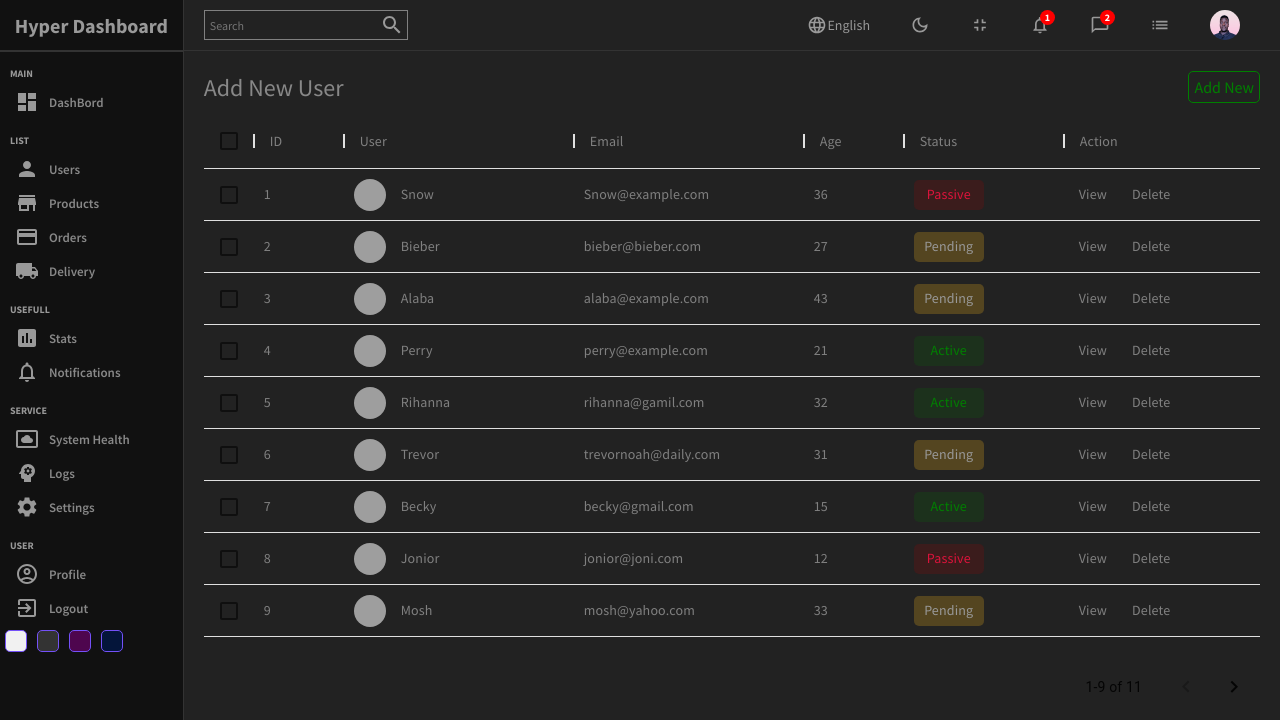
Repository: kenyi-mic/DashBoard
Page: /users
These files come from the project's save history. The page is drawn as it stood at one moment and after the next save; the edit follows.
The browser window is 1280 px wide. The pictures show the whole page.
Pictures or frames that could not be fetched are drawn as grey boxes. The project was rebuilt for these pictures with package versions that can differ from the ones it lists, and the page was loaded fresh each time. Also part of the build but not shown: src/pages/home/home.scss, src/pages/home/Home.jsx, src/pages/single/single.scss, src/components/chart/chart.scss, src/components/chart/Chart.jsx, src/components/table/table.scss, src/components/table/BasicTable.jsx, src/pages/single/Single.jsx and 3 more.

Above is the page before, as saved 2022-05-25 09:01:04.

### public/index.html
<!DOCTYPE html>
<html lang="en">

<head>
  <meta charset="utf-8" />
  <meta name="viewport" content="width=device-width, initial-scale=1" />
  <meta name="theme-color" content="#000000" />
  <meta name="description" content="Web site created using create-react-app" />
  <link rel="preconnect" href="https://fonts.googleapis.com">
  <link rel="preconnect" href="https://fonts.gstatic.com" crossorigin>
  <link
    href="https://fonts.googleapis.com/css2?family=Nunito:wght@200;300;400;500;600;700;800;900&family=Source+Sans+Pro:wght@200;300;400;600;700;900&display=swap"
    rel="stylesheet">
  <title>Hyper Dashboard</title>
  <style>
    * {
      margin: 0;
      font-family: 'Nunito', sans-serif;
      font-family: 'Source Sans Pro', sans-serif;
    }
  </style>
</head>

<body>
  <div id="root"></div>

</body>

</html>

### src/App.js
import { BrowserRouter, Routes, Route } from "react-router-dom";
import Home from "./pages/home/Home";
import List from "./pages/list/List";
import Single from "./pages/single/Single";
import New from "./pages/new/New";
import { Login } from "./pages/login/Login";
import { productInputs, userInputs } from "./formSource";
import "./style/dark.scss";

function App() {
  return (
    <div className="App dark">
      <BrowserRouter>
        <Routes>
          <Route path="/">
            <Route index element={<Home />} />
            <Route path="login" element={<Login />} />
            <Route path="users">
              <Route index element={<List />} />
              <Route path=":userId" element={<Single />} />
              <Route
                path="new"
                element={<New inputs={userInputs} title="Add New User" />}
              />
            </Route>
            <Route path="products">
              <Route index element={<List />} />
              <Route path=":productId" element={<Single />} />
              <Route
                path="new"
                element={<New inputs={productInputs} title="Add New Product" />}
              />
            </Route>
          </Route>
        </Routes>
      </BrowserRouter>
    </div>
  );
}

export default App;

### src/pages/list/List.jsx
import React from "react";
import Sidebar from "../../components/sidebar/Sidebar";
import Header from "../../components/Header/Header";
import "./list.scss";
import { Datatable } from "../../components/datatable/Datatable";

function List() {
  return (
    <div className="list">
      <Sidebar />
      <div className="listContainer">
        <Header />
        <Datatable />
      </div>
    </div>
  );
}

export default List;

### src/formSource.js
export const userInputs = [
  {
    id: 1,
    label: "Username",
    type: "text",
    placeholder: "Enter your username",
  },
  {
    id: 2,
    label: "Full Name",
    type: "text",
    placeholder: "Enter your fullname",
  },
  {
    id: 3,
    label: "Email",
    type: "Email",
    placeholder: "Enter your email",
  },
  {
    id: 4,
    label: "Phone",
    type: "phone",
    placeholder: "+1 012 345 678",
  },
  {
    id: 5,
    label: "Password",
    type: "password",
    placeholder: "Enter your password",
  },
  {
    id: 6,
    label: "Address",
    type: "text",
    placeholder: "Enter your address",
  },
  {
    id: 7,
    label: "Country",
    type: "text",
    placeholder: "Enter your country",
  },
];

export const productInputs = [
  {
    id: 1,
    label: "Title",
    type: "text",
    placeholder: "eg. Iphone 13 pro",
  },
  {
    id: 2,
    label: "Description",
    type: "text",
    placeholder: "Enter product description",
  },
  {
    id: 3,
    label: "Category",
    type: "number",
    placeholder: "Phones",
  },
  {
    id: 4,
    label: "Price",
    type: "text",
    placeholder: "Enter product price",
  },
  {
    id: 5,
    label: "Stock",
    type: "number",
    placeholder: 100,
  },
];

### src/style/dark.scss
.App.dark {
    background-color: #222;
    color: #ccc;

    .chartGrid {
        stroke: #8888;
    }

    .table {
        background-color: #111;

        .tableCell {
            color: gray;
        }
    }

    .header {
        color: #999;
        border-color: #333;

        .search {
            border-color: gray;
            ;

            .searchInput {
                color: gray;
            }
        }


    }

    .sidebar {
        background-color: #111 !important;
        border-color: #333;

        .top {
            .logo {
                color: #999;
            }


        }

        hr {
            border-color: #333;
        }

        .center {
            .list-group {
                li {
                    &:hover {
                        background-color: #333;
                    }

                    .icon {
                        color: #999;
                    }
                }
            }
        }



    }

    .datatable {


        .dataGrid {
            color: gray;
            border: none;

            .viewButton,
            .deleteButton {
                border: none;
                color: gray;

                &:hover {
                    color: #ccc;
                }
            }

            .cellWithStatus {
                &.Pending {
                    color: #999;
                }
            }
        }
    }

}

### src/components/Header/Header.jsx
import React from "react";
import "./header.scss";
import {
  Search,
  DarkModeOutlined,
  LanguageOutlined,
  FullscreenExitOutlined,
  ChatBubbleOutlineOutlined,
  ListOutlined,
  NotificationsNoneOutlined,
} from "@mui/icons-material";

function Header() {
  return (
    <div className="header">
      <div className="wrapper">
        <div className="search">
          <input type="text" className="searchInput" placeholder="Search" />
          <Search />
        </div>
        <div className="items">
          <div className="item">
            <LanguageOutlined className="icon" />
            English
          </div>
          <div className="item">
            <DarkModeOutlined className="icon" />
          </div>
          <div className="item">
            <FullscreenExitOutlined className="icon" />
          </div>
          <div className="item">
            <NotificationsNoneOutlined className="icon" />
            <div className="counter">1</div>
          </div>
          <div className="item">
            <ChatBubbleOutlineOutlined className="icon" />
            <div className="counter">2</div>
          </div>
          <div className="item">
            <ListOutlined className="icon" />
          </div>
          <div className="item">
            <img src="./image/mike.png" alt="" className="avatar" />
          </div>
        </div>
      </div>
    </div>
  );
}

export default Header;

### src/components/sidebar/Sidebar.jsx
import React from "react";
import "./sidebar.scss";
import {
  Dashboard,
  Person,
  Store,
  LocalShipping,
  Payment,
  InsertChart,
  NotificationsNone,
  SettingsSystemDaydream,
  Psychology,
  Settings,
  AccountCircleOutlined,
  ExitToAppOutlined,
} from "@mui/icons-material";
import { Link } from "react-router-dom";

function Sidebar() {
  return (
    <div className="sidebar">
      <div className="top">
        <Link to="/" style={{ textDecoration: "none" }}>
          <span className="logo">Hyper Dashboard</span>
        </Link>
      </div>
      <hr className="ruler" />
      <div className="center">
        <ul className="list-group">
          <p className="title">MAIN</p>
          <Link to="/" style={{ textDecoration: "none" }}>
            <li>
              <Dashboard className="icon" />
              <span>DashBord</span>
            </li>
          </Link>

          <p className="title">LIST</p>
          <Link to="/users" style={{ textDecoration: "none" }}>
            <li>
              <Person className="icon" />
              <span>Users</span>
            </li>
          </Link>
          <Link to="/products" style={{ textDecoration: "none" }}>
            <li>
              <Store className="icon" />
              <span>Products</span>
            </li>
          </Link>

          <li>
            <Payment className="icon" />
            <span>Orders</span>
          </li>
          <li>
            <LocalShipping className="icon" />
            <span>Delivery</span>
          </li>
          <p className="title">USEFULL</p>
          <li>
            <InsertChart className="icon" />
            <span>Stats</span>
          </li>
          <li>
            <NotificationsNone className="icon" />
            <span>Notifications</span>
          </li>
          <p className="title">SERVICE</p>
          <li>
            <SettingsSystemDaydream className="icon" />
            <span>System Health</span>
          </li>
          <li>
            <Psychology className="icon" />
            <span>Logs</span>
          </li>
          <li>
            <Settings className="icon" />
            <span>Settings</span>
          </li>
          <p className="title">USER</p>
          <li>
            <AccountCircleOutlined className="icon" />
            <span>Profile</span>
          </li>
          <li>
            <ExitToAppOutlined className="icon" />
            <span>Logout</span>
          </li>
        </ul>
      </div>
      <div className="bottom">
        <div className="colorOption"></div>
        <div className="colorOption"></div>
        <div className="colorOption"></div>
        <div className="colorOption"></div>
      </div>
    </div>
  );
}

export default Sidebar;

### src/pages/list/list.scss
.list{
    display: flex;
    width: 100%;
    .listContainer{
        flex:6;
    }
}

### src/components/datatable/Datatable.jsx
import { DataGrid } from "@material-ui/data-grid";
import React from "react";
import "./datatable.scss";
import { userColumns, userRows } from "../../datatableSource";
import { Link } from "react-router-dom";

export const Datatable = () => {
  const actionColumns = [
    {
      field: "action",
      headerName: "Action",
      width: "200",
      renderCell: () => {
        return (
          <div className="cellWithAction">
            <Link to="/users/view" style={{ textDecoration: "none" }}>
              <div className="viewButton">View</div>
            </Link>

            <div className="deleteButton">Delete</div>
          </div>
        );
      },
    },
  ];
  return (
    <div className="datatable">
      <div className="datatableTitle">
        Add New User
        <Link to="/users/new" className="link">
          Add New
        </Link>
      </div>
      <DataGrid
        className="dataGrid"
        rows={userRows}
        columns={userColumns.concat(actionColumns)}
        pageSize={9}
        rowsPerPageOptions={[9]}
        checkboxSelection
        disableSelectionOnClick
      />
    </div>
  );
};

### src/components/Header/header.scss
.header{
    height:50px;
    display: flex;
    justify-content: space-between;
    align-items:center;
    border-bottom: 0.5px solid rgb(230, 227, 227);
    font-size: 14px;
    color:#555;
    .wrapper{
        display:flex;
        justify-content: space-between;
        align-items:center;
        width: 100%;
        padding:20px;
        .search{
            display: flex;
            justify-content:center;
            align-items:center;
            border: 0.5px solid #ccc;
            padding: 2px 3px;
            .searchInput{
                border:none;
                outline: none;
                background-color: transparent;
                &::placeholder{
                    font-size:12px;
                }
            }
        }
        .items{
            display: flex;
            align-items: center;
            justify-content:center;
            .item{
                display: flex;
                align-items: center;
                justify-content: center;
                margin: 0px 20px;
                position: relative;
                cursor: pointer;

                .icon{
                    font-size:20px;
                }
                .avatar{
                    width: 30px;
                    height: 30px;
                    border-radius: 50%;
                }
                .counter{
                    width: 15px;
                    height: 15px;
                    background-color: red;
                    color:white;
                    border-radius: 50%;
                    display: flex;
                    font-size: 10px;
                    font-weight: bold;
                    align-items: center;
                    justify-content: center;
                    position:absolute;
                    top: -5px;
                    right: -5px;
                }
            }




        }
    }
}

### src/components/sidebar/sidebar.scss
.sidebar {
    flex: 1;
    border-right: 0.5px solid rgb(230, 227, 227);
    min-height: 100vh;
    background-color: white;

    .top {
        height: 50px;
        display: flex;
        align-items: center;
        justify-content: center;

        .logo {
            font-size: 20px;
            font-weight: bold;
            color: darkblue;
        }
    }

    hr {
        height: 0px;
        border: 0.5px solid rgb(230, 227, 227);
    }

    .center {
        padding-left: 10px;

        ul {
            list-style: none;
            margin: 0px;
            padding: 0px;

            .title {
                font-size: 10px;
                font-weight: bold;
                color: #999;
                margin-top: 15px;
                margin-bottom: 5px;
            }

            li {
                display: flex;
                align-items: center;
                padding: 5px;

                &:hover {
                    background-color: rgb(212, 212, 224);
                }

                .icon {
                    font: size 18px;
                    color: rgb(117, 67, 182)
                }

                span {
                    font-size: 13px;
                    font-weight: 600;
                    color: #888;
                    margin-left: 10px;
                }
            }
        }
    }

    .bottom {
        display: flex;

        .colorOption {
            width: 20px;
            height: 20px;
            border-radius: 5px;
            border: 1px solid #7451f8;
            cursor: pointer;
            margin: 5px;

            &:nth-child(1) {
                background-color: #f1f1f1;
            }

            &:nth-child(2) {
                background-color: #333;
            }

            &:nth-child(3) {
                background-color: #4e064e;
            }

            &:nth-child(4) {
                background-color: #04153a;
            }
        }
    }
}

### src/components/datatable/datatable.scss
.datatable {
    height: 600px;
    padding: 20px;

    .datatableTitle {
        width: 100%;
        font-size: 24px;
        color: #888;
        margin-bottom: 10px;
        display: flex;
        align-items: center;
        justify-content: space-between;

        .link {
            font-size: 16px;
            color: green;
            font-weight: 4000;
            border: 1px solid green;
            text-decoration: none;
            padding: 5px;
            cursor: pointer;
            border-radius: 5px;
        }

    }

    .cellWithImg {
        display: flex;
        align-items: center;
        gap: 15px;


        .cellImg {
            width: 32px;
            height: 32px;
            border-radius: 50%;
            object-fit: cover;

        }
    }

    .cellWithStatus {
        width: 50%;
        display: flex;
        align-items: center;
        justify-content: center;
        height: 30px;
        padding: 10px 6px;
        border-radius: 5px;



        &.Active {
            background-color: rgba(0, 128, 0, 0.164);
            color: green;
        }

        &.Pending {
            background-color: rgba(218, 165, 32, 0.274);
            color: goldenrod;
        }

        &.Passive {
            background-color: rgba(158, 9, 9, 0.205);
            color: crimson;
        }
    }

    .cellWithAction {
        display: flex;
        align-items: center;
        gap: 15px;

        .viewButton {
            padding: 2px 5px;
            border-radius: 5px;
            color: darkblue;
            border: 0.5px solid rgba(11, 4, 112, 0.322);
            height: 30px;
            display: flex;
            justify-content: center;
            align-items: center;
            cursor: pointer;
        }

        .deleteButton {
            padding: 2px 5px;
            border-radius: 5px;
            color: crimson;
            border: 0.2px solid rgba(158, 9, 9, 0.432);
            height: 30px;
            display: flex;
            justify-content: center;
            align-items: center;
            cursor: pointer;
        }
    }
}

Loaded but not shown: src/index.js (common file); src/datatableSource.js (146 lines, source omitted); src/pages/login/login.scss (no stored copy; drawn as an empty file)

After the next save:
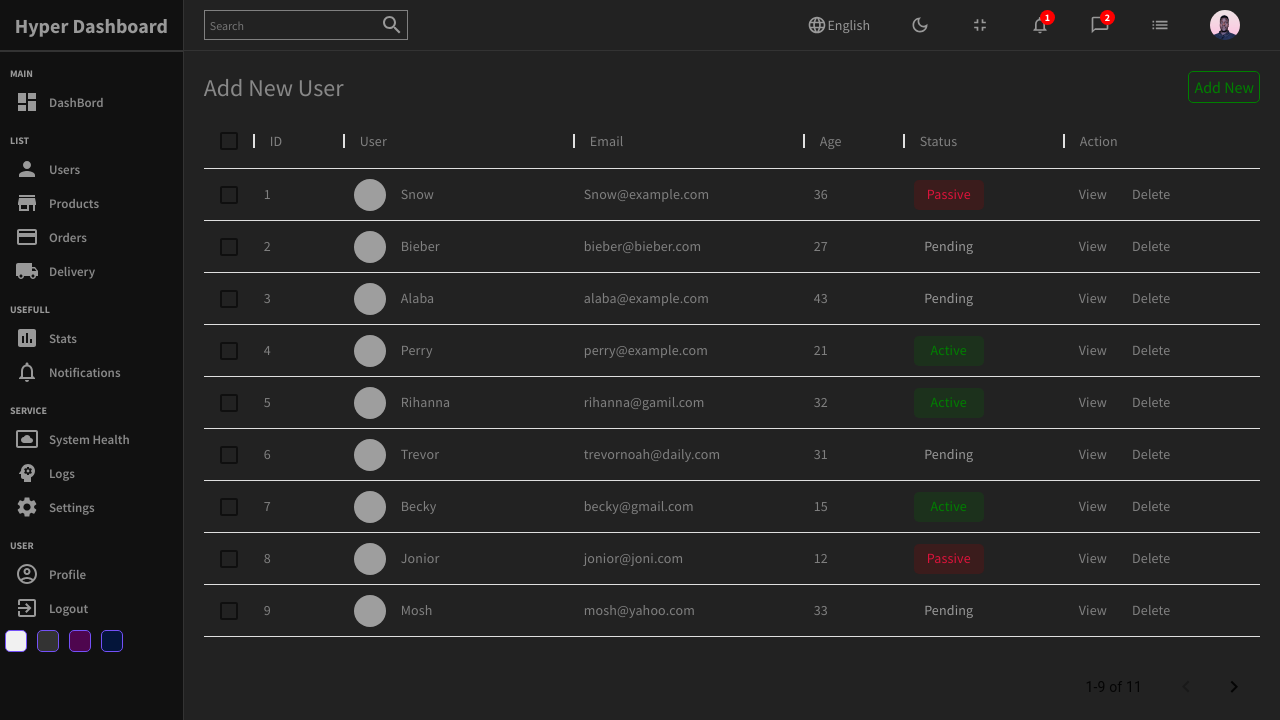
Saved 73 s later.
--- a/src/style/dark.scss
+++ b/src/style/dark.scss
@@ -84,6 +84,9 @@
             .cellWithStatus {
                 &.Pending {
                     color: #999;
+                    border-color: #333;
+                    background-color: transparent;
+
                 }
             }
         }

After the 2 saves that followed:
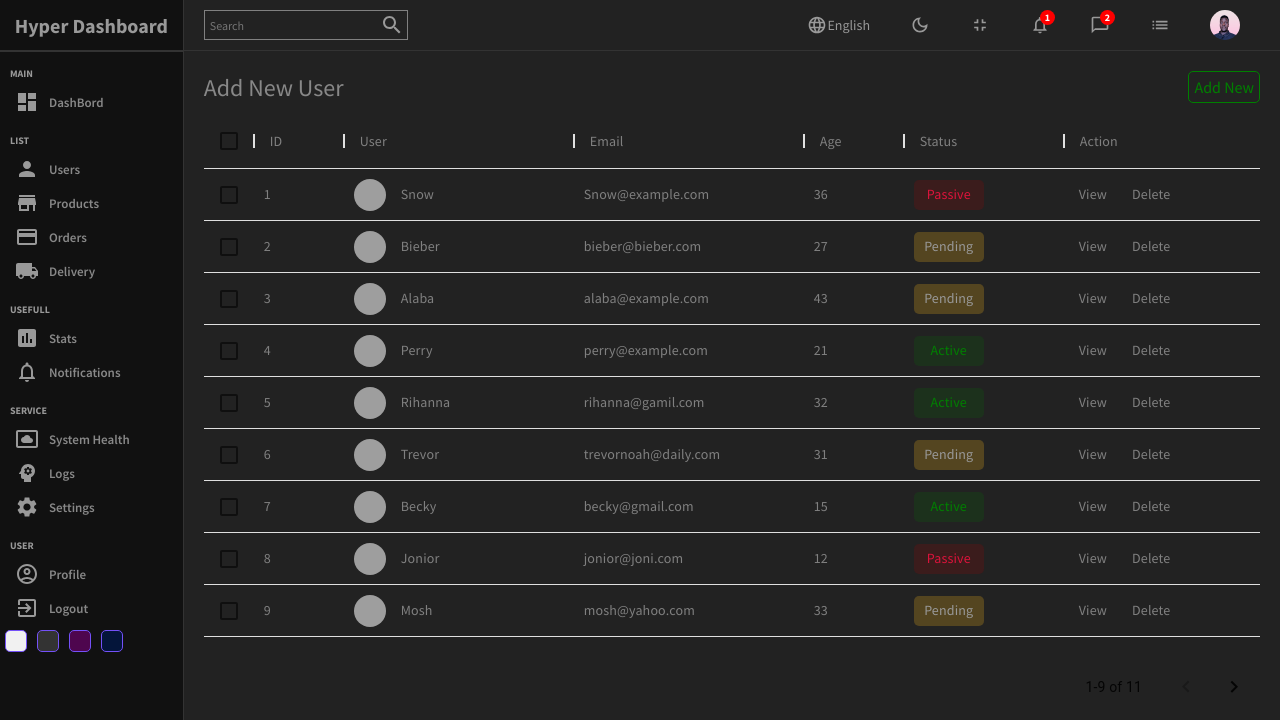
The 2 saves are shown as one change because 1 left the picture as it was.
The last was saved 58 s later.
--- a/src/style/dark.scss
+++ b/src/style/dark.scss
@@ -84,8 +84,8 @@
             .cellWithStatus {
                 &.Pending {
                     color: #999;
-                    border-color: #333;
-                    background-color: transparent;
+                    border-color: rgb(119, 117, 117);
+
 
                 }
             }
